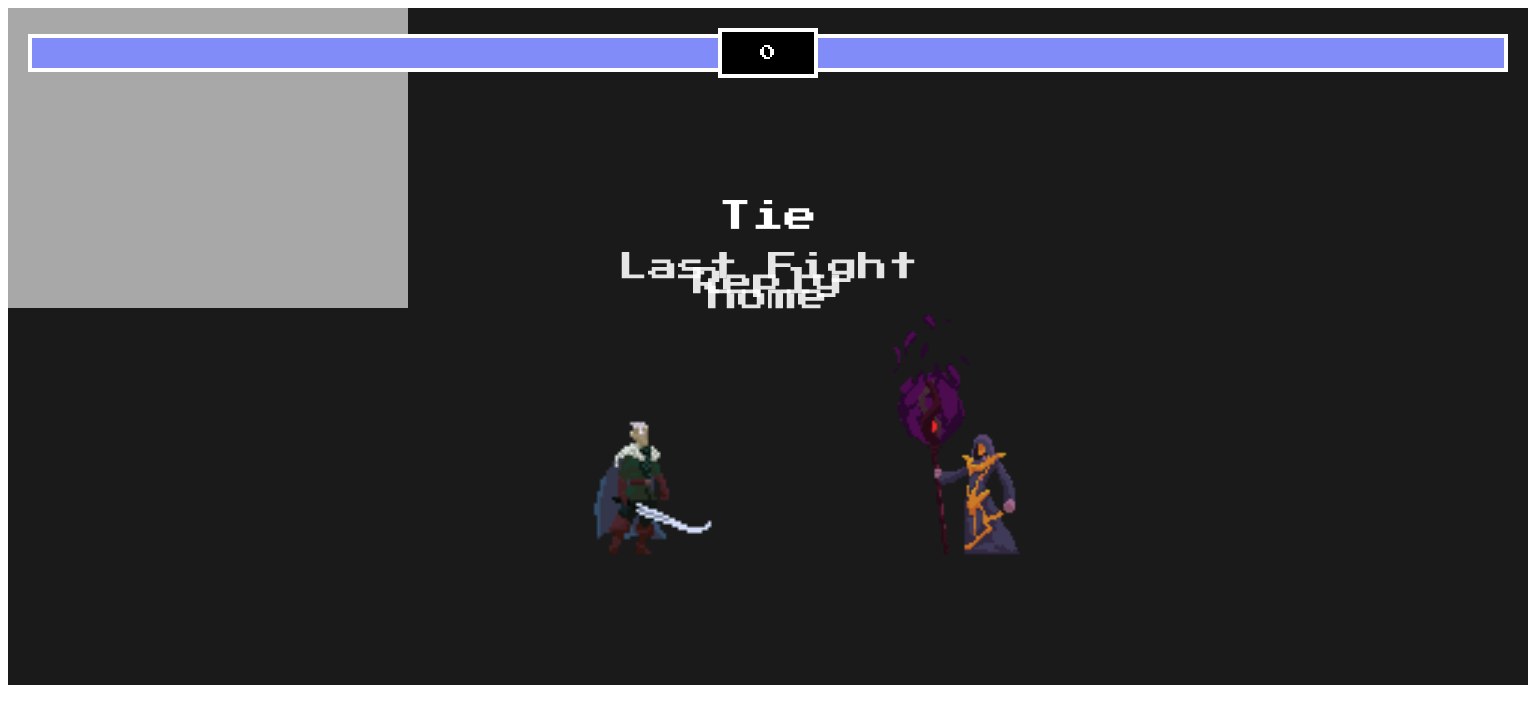
Repository: Gaurav31052/Fighting-game
Page: index.html
These files come from the project's save history. The page is drawn as it stood at one moment and after the next save; the edit follows.
The browser window is 1280 px wide. The page is 1528 px wide, so the pictures cover 1528 px, including what lies to the right of the window. The pictures show the whole page.
Some web libraries are served in a nearby version.

Above is the page before, as saved 2024-05-30 22:14:02.

After the next save:
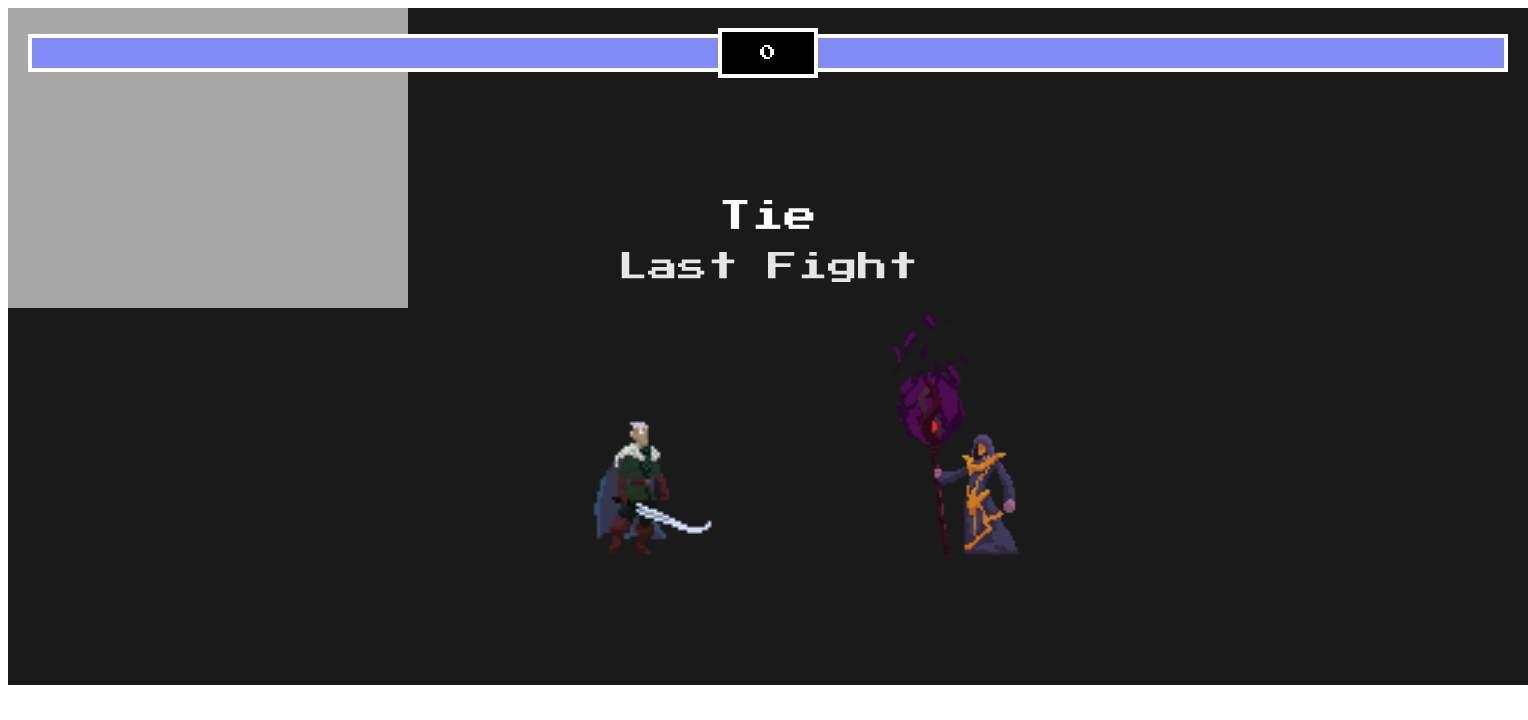
Saved 14 s later.
--- a/JS/utils.js
+++ b/JS/utils.js
@@ -6,8 +6,8 @@
     clearTimeout(timerId)
     document.querySelector('#displayText').style.display = 'flex'
     document.querySelector('#displayText2').style.display = 'flex'
-    document.querySelector('#displayText4').style.display = 'flex'
-    document.querySelector('#displayText5').style.display = 'flex'
+    // document.querySelector('#displayText4').style.display = 'flex'
+    // document.querySelector('#displayText5').style.display = 'flex'
     if (player.health === enemy.health) {
         game_sound.pause();
         draw.loop=true;

After the save that followed:
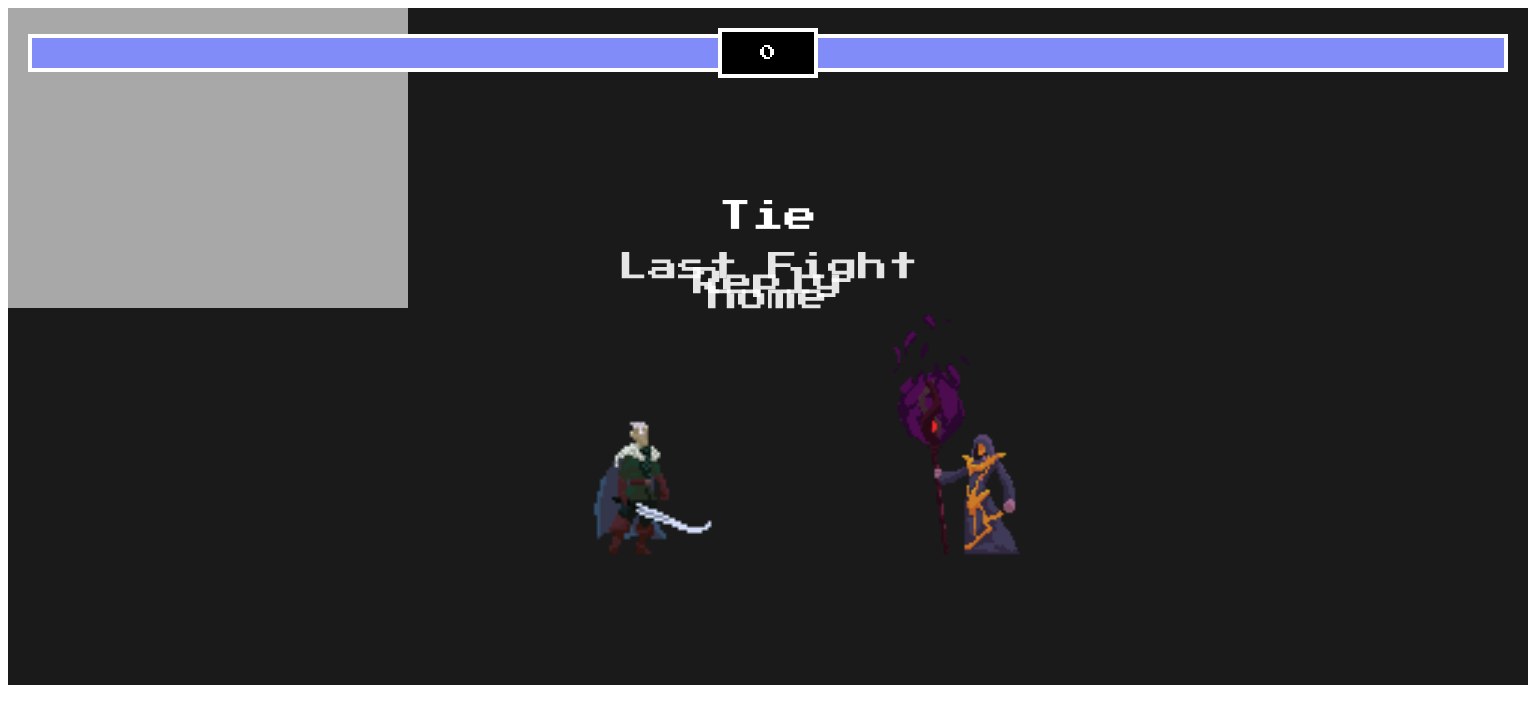
Saved 9 s later.
--- a/JS/utils.js
+++ b/JS/utils.js
@@ -6,8 +6,8 @@
     clearTimeout(timerId)
     document.querySelector('#displayText').style.display = 'flex'
     document.querySelector('#displayText2').style.display = 'flex'
-    // document.querySelector('#displayText4').style.display = 'flex'
-    // document.querySelector('#displayText5').style.display = 'flex'
+    document.querySelector('#displayText4').style.display = 'flex'
+    document.querySelector('#displayText5').style.display = 'flex'
     if (player.health === enemy.health) {
         game_sound.pause();
         draw.loop=true;
